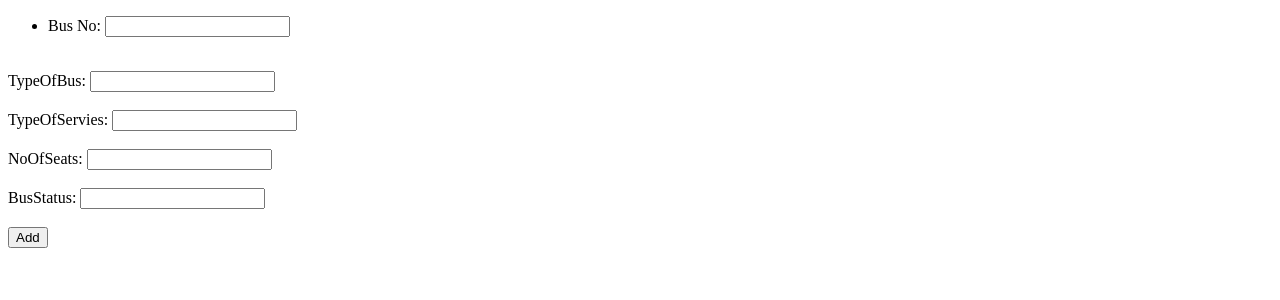
Repository: gummabhargavi/DynWebEjBPoject-AND-server
Page: DynWebEjbBusProject/WebContent/AddBus.html
An editor plug-in stored every save of this project. The page is shown before and after the next save, followed by the edit.
The browser window is 1280 px wide. The pictures show the whole page.

Above is the page before, as saved 2022-12-07 12:18:03.

After the next save:
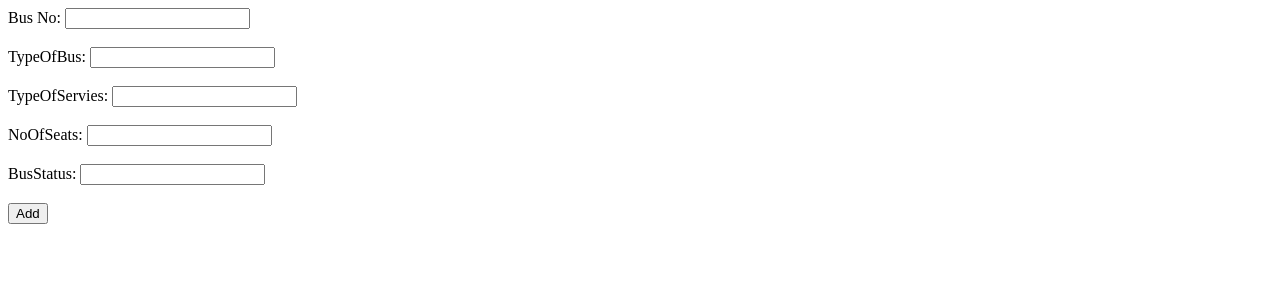
Saved 73 s later.
--- a/DynWebEjbBusProject/WebContent/AddBus.html
+++ b/DynWebEjbBusProject/WebContent/AddBus.html
@@ -6,10 +6,8 @@
 </head>
 <body>
        <form action="AddBusServlet">
-       <ul class="w3-ul">
-       <li><i class="fa fa-home"></i>
          Bus No:
-           <input type="text" name="bus_no"><br/><br/></li></ul>
+           <input type="text" name="bus_no"><br/><br/>
          TypeOfBus:
            <input type="text" name="type_of_bus"><br/><br/>
          TypeOfServies:
